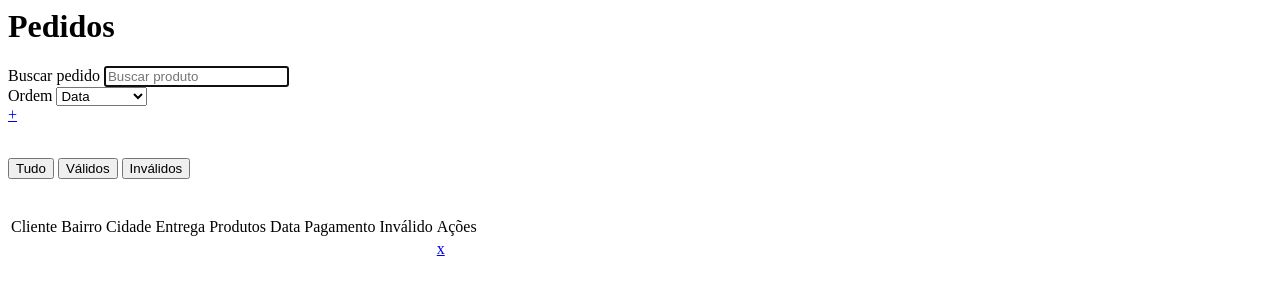
Repository: organicos/organicos.github.io
Page: partials/order/orders.html
The author's editor kept a record of every edit. The page is drawn from the files as they stood at one moment, then again after the next edit.
The browser window is 1280 px wide. The pictures show the whole page.

Above is the page before.

### partials/order/orders.html
<h1>Pedidos</h1>

<form class="form-inline text-right">
    <div class="form-group">
    	<label for="orderQuery">Buscar pedido</label>
		<input class="form-control input-xs" id="orderQuery" name="orderQuery" ng-model="orderQuery" type="text" placeholder="Buscar produto" autofocus>
    </div>
	<div class="form-group">
	    <label for="order">Ordem</label>
        <select class="form-control" id="order" ng-model="selectedOrder">
            <option value="updated" selected>Data</option>
            <option value="customer.email">Cliente</option>
            <option value="district">Bairro</option>
            <option value="city">Cidade</option>
            <option value="deliveryOption">Entrega</option>
            <option value="products">Produto</option>
            <option value="payment_status">Pagamento</option>
            <option value="invalid">Inválido</option>
        </select>
	</div>
    <span ng-if="$storage.user.kind == 'admin'"><a class="btn btn-default" href="#/product">+</a></span>
</form>

<br>

<div class="btn-group" role="group">
	<button
		type="button"
		class="btn btn-sm btn-primary"
		ng-class="selectedFilterInvalidValue === '' ? 'active' : ''"
		ng-click="selectFilterInvalidValue('')"
	>Tudo</button>
	<button
		type="button"
		class="btn btn-sm btn-primary"
		ng-class="selectedFilterInvalidValue === false ? 'active' : ''"
		ng-click="selectFilterInvalidValue(false)"
	>Válidos</button>
	<button
		type="button"
		class="btn btn-sm btn-primary"
		ng-class="selectedFilterInvalidValue === true ? 'active' : ''"
		ng-click="selectFilterInvalidValue(true)"
	>Inválidos</button>
</div>

<br><br>

<table class="table table-condensed table-stripped table-hover small">
    <thead>
        <tr>
            <td>Cliente</td>
            <td>Bairro</td>
            <td>Cidade</td>
            <td>Entrega</td>
            <td>Produtos</td>
            <td>Data</td>
            <td>Pagamento</td>
            <td ng-if="selectedFilterInvalidValue === ''">Inválido</td>
            <td>Ações</td>
        </tr>
    </thead>
    <tbody>
        <tr ng-repeat="order in filteredProducts = (orders | filter: orderQuery | orderBy: selectedOrder | filter: {invalid : selectedFilterInvalidValue})">
            <td ng-bind="order.customer.email"></td>
            <td ng-bind="order.district"></td>
            <td ng-bind="order.city"></td>
            <td ng-bind="order.deliveryOption"></td>
            <td ng-bind="order.products.length"></td>
            <td ng-bind="order.updated | date:'dd/MM/yyyy'"></td>
            <td ng-bind="order.payment_status"></td>
            <td ng-if="selectedFilterInvalidValue === ''"><i class="fa fa-check" ng-if="order.invalid"></i></td>
            <td><a ng-click="dropOrder(order)" href="javascrip:void(0)">x</a></td>
        </tr>
    </tbody>
</table>

After the next edit:
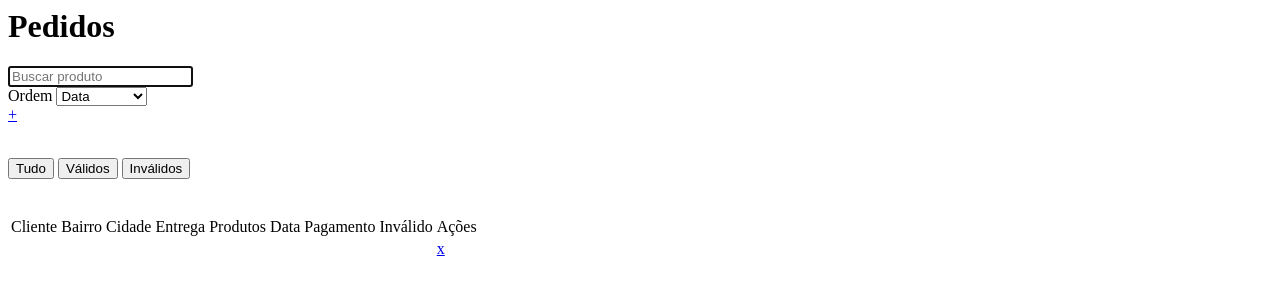
The edit:
--- a/partials/order/orders.html
+++ b/partials/order/orders.html
@@ -2,7 +2,6 @@
 
 <form class="form-inline text-right">
     <div class="form-group">
-    	<label for="orderQuery">Buscar pedido</label>
 		<input class="form-control input-xs" id="orderQuery" name="orderQuery" ng-model="orderQuery" type="text" placeholder="Buscar produto" autofocus>
     </div>
 	<div class="form-group">
